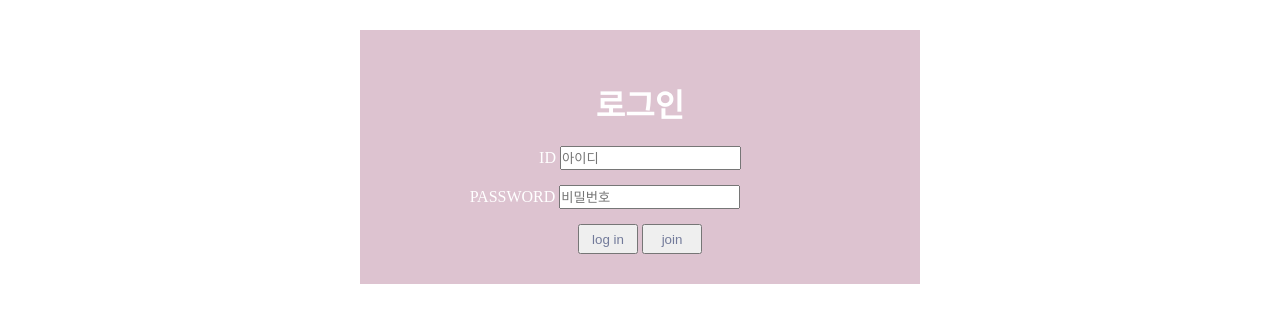
Repository: kayoyo/jsp
Page: http://localhost/BoardWeb_4/login
An editor plug-in stored every save of this project. The page is shown before and after the next save, followed by the edit.
The browser window is 1280 px wide. The pictures show the whole page.
The page is served by Tomcat 9.

Above is the page before, as saved 2020-08-27 04:33:32.

After the next save:
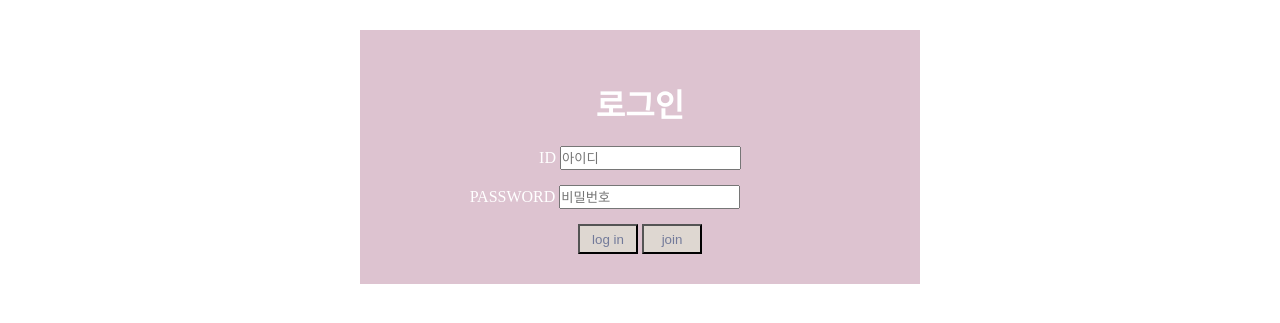
Saved 69 s later.
--- a/BoardWeb_4/WebContent/WEB-INF/jsp/user/login.jsp
+++ b/BoardWeb_4/WebContent/WEB-INF/jsp/user/login.jsp
@@ -14,8 +14,8 @@
  .pw {margin-right: 70px;}
  .pw, .id {color: white; margin-bottom: 15px;}
  input {height : 20px;}
- #login {width: 60px; height: 30px; color: #727A9A;}
- #join {width: 60px; height: 30px; color: #727A9A;}
+ #login {width: 60px; height: 30px; color: #727A9A; background-color: #DED7D1}
+ #join {width: 60px; height: 30px; color: #727A9A; background-color: #DED7D1}
 
 
 </style>
